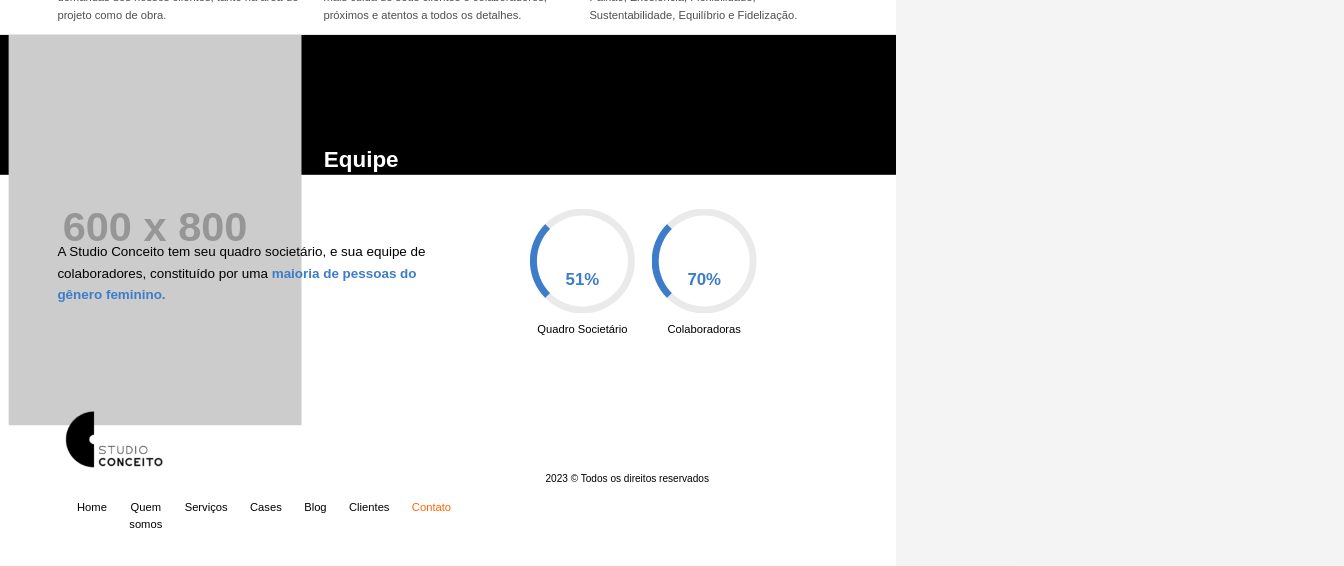
Repository: Upstairs-Agencia/studio-conceito-react
Page: /quem-somos
These files come from the project's save history. The page is drawn as it stood at one moment and after the next save; the edit follows.
The browser window is 1280 px wide. The page is 1920 px wide, so the pictures cover 1920 px, including what lies to the right of the window. The pictures show the part of the page from y = 2347 to 3627 px (the page is 3155 px tall before and 3755 px after), at 70% of full size.
The project was rebuilt for these pictures with package versions that can differ from the ones it lists, and the page was loaded fresh each time. Also part of the build but not shown: src/pages/Home.js, src/pages/Servicos.js, src/styles/cases.css, src/pages/Cases.js, src/pages/Blog.js, src/pages/Clientes.js, src/pages/Contato.js.

Above is the page before, as saved 2024-12-29 12:47:10.

### public/index.html
<!DOCTYPE html>
<html lang="en">
  <head>
    <meta charset="utf-8" />
    <link rel="icon" href="%PUBLIC_URL%/favicon.ico" />
    <meta name="viewport" content="width=device-width, initial-scale=1" />
    <meta name="theme-color" content="#000000" />
    <meta
      name="description"
      content="Web site created using create-react-app"
    />
    <link rel="apple-touch-icon" href="%PUBLIC_URL%/logo192.png" />
    <!--
      manifest.json provides metadata used when your web app is installed on a
      user's mobile device or desktop. See https://developers.google.com/web/fundamentals/web-app-manifest/
    -->
    <link rel="manifest" href="%PUBLIC_URL%/manifest.json" />
    <!--
      Notice the use of %PUBLIC_URL% in the tags above.
      It will be replaced with the URL of the `public` folder during the build.
      Only files inside the `public` folder can be referenced from the HTML.

      Unlike "/favicon.ico" or "favicon.ico", "%PUBLIC_URL%/favicon.ico" will
      work correctly both with client-side routing and a non-root public URL.
      Learn how to configure a non-root public URL by running `npm run build`.
    -->
    <title>Studio Conceito</title>
  </head>
  <body>
    <noscript>You need to enable JavaScript to run this app.</noscript>
    <div id="root"></div>
    <!--
      This HTML file is a template.
      If you open it directly in the browser, you will see an empty page.

      You can add webfonts, meta tags, or analytics to this file.
      The build step will place the bundled scripts into the <body> tag.

      To begin the development, run `npm start` or `yarn start`.
      To create a production bundle, use `npm run build` or `yarn build`.
    -->
  </body>
</html>

### src/index.js

import React from 'react';
import ReactDOM from 'react-dom';
import App from './App';
import 'mdb-react-ui-kit/dist/css/mdb.min.css'; // MDB styles
import './index.css'; // Global styles

ReactDOM.render(
  <React.StrictMode>
    <App />
  </React.StrictMode>,
  document.getElementById('root')
);

### src/App.js

import React from 'react';
import { BrowserRouter as Router, Routes, Route } from 'react-router-dom';
import Home from './pages/Home';
import QuemSomos from './pages/QuemSomos';
import Servicos from './pages/Servicos';
import Cases from './pages/Cases';
import Blog from './pages/Blog';
import Clientes from './pages/Clientes';
import Contato from './pages/Contato';

function App() {
  return (
    <Router>
      <Routes>
        <Route path="/" element={<Home />} />
        <Route path="/quem-somos" element={<QuemSomos />} />
        <Route path="/servicos" element={<Servicos />} />
        <Route path="/cases" element={<Cases />} />
        <Route path="/blog" element={<Blog />} />
        <Route path="/clientes" element={<Clientes />} />
        <Route path="/contato" element={<Contato />} />
      </Routes>
    </Router>
  );
}

export default App;

### src/index.css

body {
  margin: 0;
  font-family: Arial, sans-serif;
  background-color: #f4f4f4;
}

### src/pages/QuemSomos.js
import React from "react";
import Navbar from "../components/navbar"; // Importando o componente Navbar
import { MDBContainer, MDBRow, MDBCol } from "mdb-react-ui-kit";
import { FaBullseye, FaEye, FaHeart } from "react-icons/fa";

import Footer from "../components/footer";
import "../styles/quemsomos.css";

export default function QuemSomos() {
  return (
    <>
      {/* Navbar */}
      <Navbar />

      {/* Seção de cabeçalho do quem somos */}
      <section className="bg-black text-white py-5">
        <MDBContainer>
          <MDBRow className="align-items-center">
            <MDBCol md="6">
              <h1 className="fw-bold">Quem somos</h1>
            </MDBCol>
            <MDBCol md="6" className="text-end">
              <img
                src="https://placehold.co/200x150" // Imagem maior para seguir o padrão original
                alt="Padrão gráfico"
                style={{ maxWidth: "200px", marginRight: "4rem" }}
              />
            </MDBCol>
          </MDBRow>
        </MDBContainer>
      </section>

      {/* Quem Somos Section */}
      <section className="py-5 ">
        <MDBContainer>
          <MDBRow className="align-items-center">
            <MDBCol md="6">
              <img
                src="https://via.placeholder.com/600x400"
                alt="Studio Conceito"
                className="img-fluid"
              />
            </MDBCol>
            <MDBCol md="6">
              <h2 className="fw-bold mb-4">Studio Conceito</h2>
              <p>
                A Studio Conceito Arquitetura foi{" "}
                <strong>fundada em 2009</strong> e conta com uma equipe
                altamente capacitada e com grande experiência na área
                corporativa.
              </p>
              <p>
                O <strong>Atendimento Personalizado</strong> é o grande foco de
                nossa empresa, visando sempre garantir a satisfação e a
                consequente fidelização de nossos clientes.
              </p>
            </MDBCol>
          </MDBRow>
        </MDBContainer>
        <img
          src="https://via.placeholder.com/1920x200"
          alt="Studio Conceito"
          className="imagemfundo"
        />
      </section>

      {/* Sócios Section */}
      <section className="py-5 socios text-white">
        <MDBContainer>
          <h1 className="text-left titulosocios fw-bold mb-5">Sócios</h1>
          <MDBRow className="text-center">
            <MDBCol md="6" className="mb-4">
              <div className="team-member">
                <img
                  src="https://via.placeholder.com/400x400"
                  alt="Arq. Cristina Castilho"
                  className="img-fluid mb-2"
                />
                <h4 className="fw-bold">Arq. Cristina Castilho</h4>
                <p>CEO | Sócia fundadora</p>
              </div>
            </MDBCol>
            <MDBCol md="6" className="mb-4">
              <div className="team-member">
                <img
                  src="https://via.placeholder.com/400x400"
                  alt="Arq. Gabriel Castilho"
                  className="img-fluid mb-2"
                />
                <h4 className="fw-bold">Arq. Gabriel Castilho</h4>
                <p>COO | Sócio fundador</p>
              </div>
            </MDBCol>
          </MDBRow>
        </MDBContainer>
      </section>

      {/* Atendemos em todo Brasil Section */}
      <section className="py-5 bg-light">
        <MDBContainer>
          <MDBRow className="align-items-center">
            <MDBCol md="6" className="title-container">
              <h1 className="atendemos-title">Atendemos</h1>
              <h1 className="brasil-title">em todo Brasil</h1>
            </MDBCol>
            <MDBCol md="6">
              <p className="text-large">
                Com uma equipe multidisciplinar e altamente capacitada, composta
                por arquitetos, engenheiros e designers, apresentamos as
                melhores soluções para as demandas de nossos clientes, tanto na
                área de <span className="fw-bold">projeto</span> como de{" "}
                <span className="fw-bold">obra</span>.
              </p>
              <p className="text-large">
                Adequamos nossos times às necessidades de cada solicitação,
                sejam elas projetos, gerenciamento e execução de obra. Do início
                ao fim, ficamos ao lado do cliente{" "}
                <span className="fw-bold">cuidando de todos os detalhes!</span>
              </p>
            </MDBCol>
          </MDBRow>
        </MDBContainer>
      </section>

      {/* Missão, Visão e Valores Section */}
      <section className="py-5 bg-white">
        <MDBContainer>
          <MDBRow className="text-center mission-row">
            <MDBCol md="4" className="mission-col">
              <div className="icon-container">
                <FaBullseye size={40} color="#3d7cc9" />
              </div>
              <h5 className="fw-bold">Missão</h5>
              <div className="divider"></div>
              <p>
                Apresentar as melhores soluções para as demandas dos nossos
                clientes, tanto na área de projeto como de obra.
              </p>
            </MDBCol>
            <MDBCol md="4" className="mission-col">
              <div className="icon-container">
                <FaEye size={40} color="#3d7cc9" />
              </div>
              <h5 className="fw-bold">Visão</h5>
              <div className="divider"></div>
              <p>
                Queremos ser reconhecidos como a empresa que mais cuida de seus
                clientes e colaboradores, próximos e atentos a todos os
                detalhes.
              </p>
            </MDBCol>
            <MDBCol md="4" className="mission-col">
              <div className="icon-container">
                <FaHeart size={40} color="#3d7cc9" />
              </div>
              <h5 className="fw-bold">Valores</h5>
              <div className="divider"></div>
              <p>
                Ética, Transparência, Respeito à Vida, Inovação, Paixão,
                Excelência, Flexibilidade, Sustentabilidade, Equilíbrio e
                Fidelização.
              </p>
            </MDBCol>
          </MDBRow>
        </MDBContainer>

        {/* Equipe Section */}
        <section className="equipe-section">
          <MDBContainer fluid className="d-flex align-items-center">
            <MDBCol md="4" className="p-0">
              <img
                src="https://via.placeholder.com/600x800"
                alt="Equipe"
                className="img-fluid equipe-image"
              />
            </MDBCol>
            <MDBCol
              md="8"
              className="d-flex flex-column justify-content-center equipe-text"
            >
              <h2 className="fw-bold text-left mb-3">Equipe</h2>
              <p className="text-left">
                Nossos departamentos de Arquitetura e Engenharia são{" "}
                <strong>muito experientes na área corporativa.</strong>
              </p>
              <p className="text-left">
                Eles possuem uma interação constante, o que torna o conhecimento
                de nossos colaboradores mais abrangente e os serviços
                oferecidos, tanto de obra quanto projeto, mais ricos e
                completos.
              </p>
            </MDBCol>
          </MDBContainer>
        </section>

        {/* Diversidade Section */}
        <section className="diversidade-section">
          <MDBContainer className="d-flex align-items-center justify-content-between">
            <MDBCol md="6" className="d-flex flex-column diversidade-text">
              <p className="text-left">
                A Studio Conceito tem seu quadro societário, e sua equipe de
                colaboradores, constituído por uma{" "}
                <span className="destaque">
                  maioria de pessoas do gênero feminino.
                </span>
              </p>
            </MDBCol>
            <MDBCol md="6" className="d-flex justify-content-center gap-4">
              {/* Gráfico Quadro Societário */}
              <div className="grafico-container">
                <div className="grafico"></div>
                <span className="grafico-percentual">51%</span>
                <p className="grafico-label">Quadro Societário</p>
              </div>

              {/* Gráfico Colaboradoras */}
              <div className="grafico-container">
                <div className="grafico"></div>
                <span className="grafico-percentual">70%</span>
                <p className="grafico-label">Colaboradoras</p>
              </div>
            </MDBCol>
          </MDBContainer>
        </section>

        <Footer />
      </section>
    </>
  );
}

### src/components/navbar.js
import React, { useState } from "react";

import Logo from "../images/logoBlack.png";

import {
  MDBNavbar,
  MDBNavbarBrand,
  MDBContainer,
} from "mdb-react-ui-kit";
import { FaLinkedin, FaInstagram, FaPinterest, FaBars } from "react-icons/fa";
import { IoIosClose } from "react-icons/io";
import { Link } from "react-router-dom";

import SeloGptw from "../images/selo-gptw.png";

const Navbar = () => {
  const [showMenu, setShowMenu] = useState(false);

  return (
    <>
      {/* Navbar */}
      <MDBNavbar dark bgColor="white" className="py-4 px-5">
        <MDBContainer fluid className="d-flex justify-content-between align-items-center">
          {/* Logo */}
          <MDBNavbarBrand href="#" className="ms-5">
            <img
              src={Logo}
              alt="Logo"
              style={{ maxHeight: "90px", marginLeft: "12vw"}}
            />
          </MDBNavbarBrand>

          {/* Social Icons and Menu Toggle */}
          <div className="d-flex align-items-center">
            {/* Social Icons */}
            <div className="d-flex gap-3 me-3">
              <button className="btn btn-light rounded-circle p-2">
                <FaLinkedin size={30} />
              </button>
              <button className="btn btn-light rounded-circle p-2">
                <FaInstagram size={30} />
              </button>
              <button className="btn btn-light rounded-circle p-2">
                <FaPinterest size={30} />
              </button>
            </div>

            {/* FaBars Icon for Sidebar */}
            <button
              className="btn rounded-circle p-2"
              style={{
                background: "none",
                border: "none",
                cursor: "pointer",
              }}
              onClick={() => setShowMenu(!showMenu)}
            >
              <FaBars size={20} color="black" />
            </button>
          </div>
        </MDBContainer>
      </MDBNavbar>

      {/* Sidebar Menu */}
      {showMenu && (
        <div
          className="position-fixed top-0 end-0 bg-white vh-100 vw-350 shadow-lg d-flex flex-column"
          style={{ zIndex: 1050, width: "500px" }}
        >
          <div className="d-flex justify-content-end p-3">
            {/* Close Button */}
            <button
              className="p-0"
              style={{
                background: "none",
                border: "none",
                cursor: "pointer",
              }}
              onClick={() => setShowMenu(false)}
            >
              <IoIosClose size={40} />
            </button>
          </div>





          <div className="p-4 flex-grow-1">
            {/* Menu Items */}
            <ul className="list-unstyled">
              {[
                { label: "Home", link: "/" },
                { label: "Quem somos", link: "/quem-somos" },
                { label: "Serviços", link: "/servicos" },
                { label: "Cases", link: "/cases" },
                { label: "Blog", link: "/blog" },
                { label: "Clientes", link: "/clientes" },
                { label: "Contato", link: "/contato" },
              ].map((item, index) => (
                <li key={index} className="py-2">
                  <Link
                    to={item.link}
                    className="text-decoration-none fs-6"
                    style={{
                      transition: "all 0.3s ease-in-out", // Transição suave
                      color:"black"
                    }}
                    onMouseOver={(e) => {
                      e.currentTarget.style.color = "#FF7F30"; // Altera a cor
                      e.currentTarget.style.fontWeight = "bold"; // Negrito
                    }}
                    onMouseOut={(e) => {
                      e.currentTarget.style.color = "black"; // Retorna à cor original
                      e.currentTarget.style.fontWeight = "normal"; // Retira o negrito
                    }}
                  >
                    {item.label}
                  </Link>
                </li>
              ))}
            </ul>
          </div>



          {/* Footer Section */}
          <div className="d-flex justify-content-between align-items-center px-4 pb-4">
            {/* Social Icons */}
            <div className="d-flex gap-3">
              <button className="btn btn-dark rounded-circle p-2">
                <FaLinkedin size={20} color="white" />
              </button>
              <button className="btn btn-dark rounded-circle p-2">
                <FaInstagram size={20} color="white" />
              </button>
              <button className="btn btn-dark rounded-circle p-2">
                <FaPinterest size={20} color="white" />
              </button>
            </div>

            {/* Placeholder Image */}
            <img
              src={SeloGptw}
              alt="Great Place to Work"
              style={{ maxHeight: "200px", marginBottom: "4rem" }}
            />
          </div>
        </div>
      )}
    </>
  );
};

export default Navbar;

### src/components/footer.js
import React from "react";
import { MDBFooter, MDBContainer, MDBRow, MDBCol } from "mdb-react-ui-kit";
import Logo from "../images/logoBlack.png";
import "../styles/footer.css";

const Footer = () => {
  return (
    <MDBFooter className="footer-container text-center text-white">
      <MDBContainer className="p-4 footer-content">

        <MDBRow className="content-signature">
            {/* Logo e Nome */}
            <MDBCol md="4" className="mb-4 footer-left">
                <img
                    src={Logo}
                    alt="Studio Conceito Logo"
                    className="footer-logo"
                />

                {/* Navegação */}
                <MDBCol md="4" className="mb-3 footer-center">
                    <nav className="footer-nav">
                        <a href="/">Home</a>
                        <a href="/quem-somos"> Quem somos </a>
                        <a href="/servicos">Serviços</a>
                        <a href="/cases">Cases</a>
                        <a href="/blog">Blog</a>
                        <a href="/clientes">Clientes</a>
                        <a href="/contato" className="footerHighlight">
                            Contato
                        </a>
                    </nav>
                </MDBCol>

            </MDBCol>

            {/* Direitos Reservados */}
            <MDBCol md="4" className="mb-4 footer-right">
                <p className="mb-0">2023 &copy; Todos os direitos reservados</p>
            </MDBCol>

        </MDBRow>



      </MDBContainer>
    </MDBFooter>
  );
};

export default Footer;

### src/styles/quemsomos.css
.socios{
    background-color: #000;
}

.titulosocios{
    margin-left: 7rem;
}

/* Título: Atendemos em todo Brasil */
.title-container {
    text-align: left;
  }

  .atendemos-title {
    font-size: 2.5rem;
    font-weight: normal;
    color: #000;
  }

  .brasil-title {
    font-size: 2.5rem;
    font-weight: bold;
    color: #000;
    margin-top: -10px; /* Para aproximar os textos */
  }

  /* Texto em letras maiores */
  .text-large {
    font-size: 1.2rem;
    line-height: 1.8;
    text-align: left;
  }

  /* Missão, Visão e Valores */
  .mission-row {
    justify-content: space-between;
  }

  .mission-col {
    text-align: left;
    max-width: 400px;
  }

  .icon-container {
    margin-bottom: 10px;
  }

  .divider {
    width: 100%;
    height: 2px;
    background-color: #000;
    margin: 10px auto;
  }

  /* Equipe Section */
.equipe-section {
    background-color: #000;
    color: #fff;
    height: 200px;
  }

  .equipe-image {
    object-fit: cover;
    height: 100%;
    width: 100%;
  }

  .equipe-text {
    padding: 0 2rem;
  }

  .equipe-text h2 {
    font-size: 2rem;
  }

  .equipe-text p {
    font-size: 1.2rem;
  }

  /* Diversidade Section */
  .diversidade-section {
    background-color: #fff;
    color: #000;
    padding: 3rem 0;
  }

  .diversidade-text p {
    font-size: 1.2rem;
  }

  .diversidade-text .destaque {
    color: #3d7cc9;
    font-weight: bold;
  }

  /* Gráficos */
  .grafico-container {
    position: relative;
    text-align: center;
  }

  .grafico {
    width: 150px;
    height: 150px;
    border-radius: 50%;
    border: 10px solid #eaeaea;
    border-top: 10px solid #3d7cc9;
    transform: rotate(-90deg);
    margin: 0 auto;
  }

  .grafico-percentual {
    position: absolute;
    top: 50%;
    left: 50%;
    transform: translate(-50%, -50%);
    color: #3d7cc9;
    font-weight: bold;
    font-size: 1.5rem;
  }

  .grafico-label {
    margin-top: 10px;
    font-size: 1rem;
  }


  /* Responsividade */
  @media (max-width: 768px) {
    .atendemos-title,
    .brasil-title {
      font-size: 2rem;
    }

    .text-large {
      font-size: 1rem;
    }

    .mission-col {
      max-width: 100%;
    }
  }

### src/styles/footer.css
.footer-container {
    background-color: white;
    height: 25vh !important; /* Ocupa 30% da altura da tela */
    display: flex;
    justify-content: center;
    align-items: center;
    color: black;
    font-family: Arial, sans-serif;
    margin: 1rem 0;
  }

  .footer-content {
    height: 100%; /* Garante que o conteúdo ocupe toda a altura do footer */
  }

  .content-signature{
    display: flex;
    flex-direction: row;
  }

  .footer-left {
    display: flex;
    flex-direction: column;
  }

  .footer-logo {
    max-width: 40%; /* Aumenta a imagem para 40% de seu tamanho */
    margin-bottom: 10px;
  }


  .footer-center {
    text-align: center;
    margin: 2rem 0;
  }

  .footer-nav{
    display: flex;
    flex-direction: row;
    justify-content: space-around;
    width:35vw;

  }

  .footerHighlight {
    color: #ff6600 !important;
  }

  .footer-nav a {
    margin: 1px 1rem;
    text-decoration: none;
    color: #000;
    font-size: 1rem;
    transition: color 0.3s ease;
  }

  .footer-nav a:hover {
    color: #ff6600;
  }



  .footer-right {
    text-align: center;
    display: flex;
    justify-content: center;
    align-items: center;
    margin-left: 20vw;
    font-size: 0.9rem;
    color: #000;
  }

After the next save:
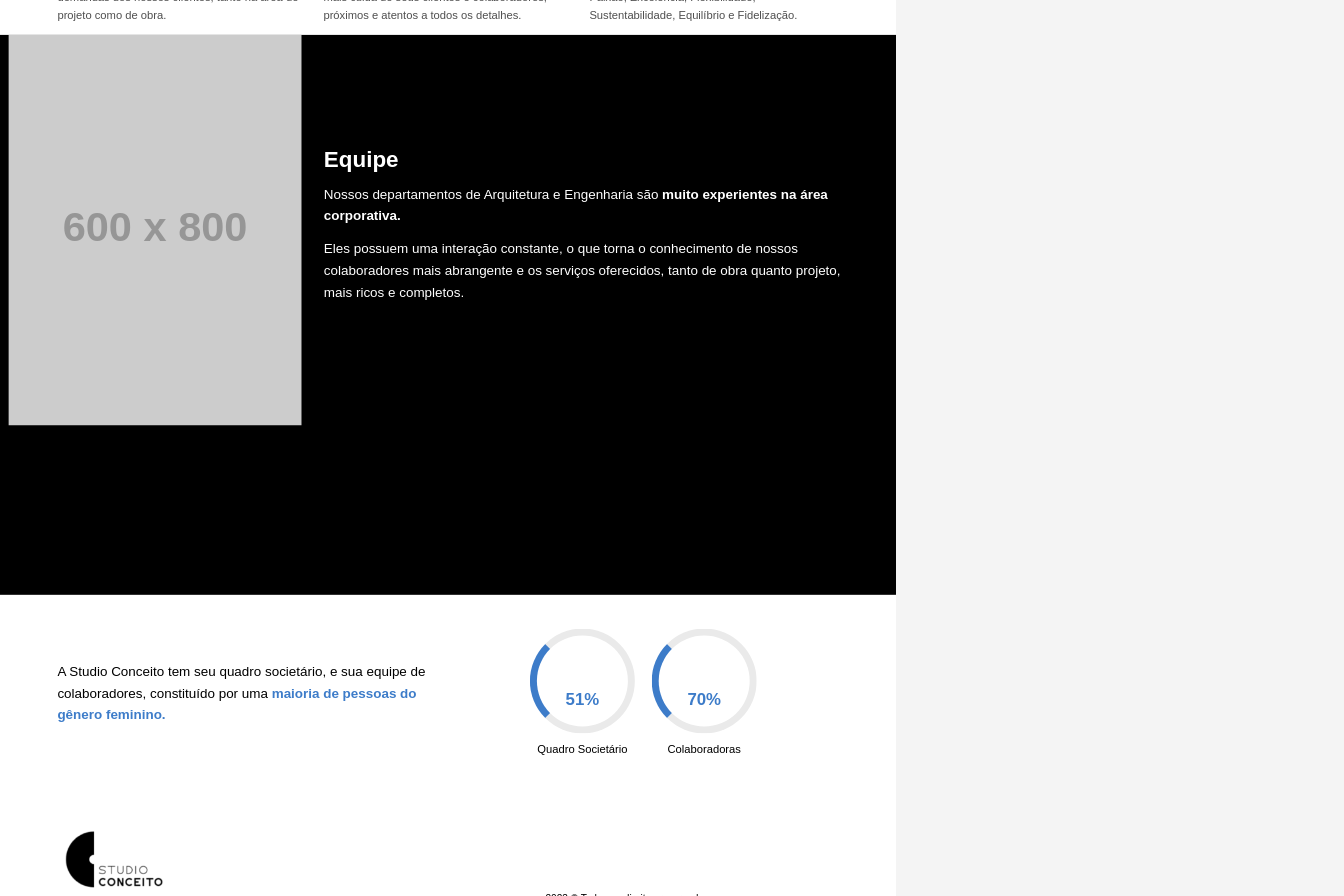
Saved 7 s later.
--- a/src/styles/quemsomos.css
+++ b/src/styles/quemsomos.css
@@ -56,7 +56,7 @@
 .equipe-section {
     background-color: #000;
     color: #fff;
-    height: 200px;
+    height: 800px;
   }
 
   .equipe-image {
